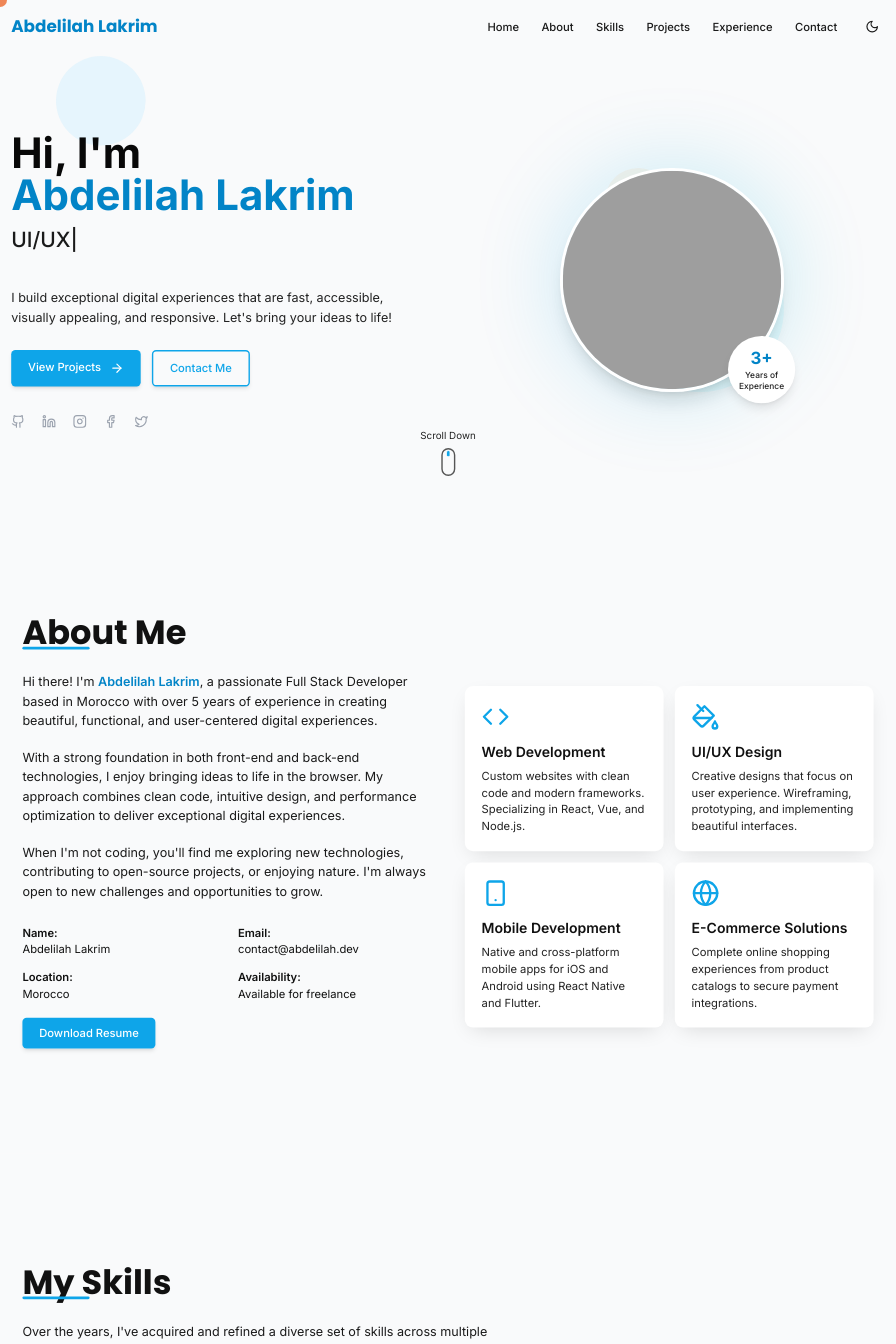
Repository: Abdelilah-Lakrim/Personal_Portfolio
Page: /
The author's editor kept a copy of each file at every save. The page is drawn from the files as they stood at one save, then again after the next save.
The browser window is 1280 px wide. The pictures show the part of the page from y = 0 to 1920 px (the page is 7905 px tall), at 70% of full size.
Pictures or frames that could not be fetched are drawn as grey boxes. The project was rebuilt for these pictures with package versions that can differ from the ones it lists, and the page was loaded fresh each time. Also part of the build but not shown: vite.config.ts.

Above is the page before, as saved 2025-05-21 12:08:13.

### index.html
<!doctype html>
<html lang="en">
  <head>
    <meta charset="UTF-8" />
    <link rel="icon" type="image/svg+xml" href="/favicon.svg" />
    <meta name="viewport" content="width=device-width, initial-scale=1.0" />
    <meta name="description" content="Abdelilah Lakrim - Full Stack Developer Portfolio">
    <title>Abdelilah Lakrim | Full Stack Developer</title>
  </head>
  <body>
    <div id="root"></div>
    <script type="module" src="/src/main.tsx"></script>
  </body>
</html>

### src/App.tsx
import React, { useEffect, useState } from 'react';
import Header from './components/Header';
import Hero from './components/Hero';
import About from './components/About';
import Projects from './components/Projects';
import Experience from './components/Experience';
import Skills from './components/Skills';
import Contact from './components/Contact';
import Footer from './components/Footer';
import Cursor from './components/Cursor';
import ScrollToTop from './components/ScrollToTop';

// Import smooth scrolling
import Lenis from '@studio-freight/lenis';

function App() {
  const [mounted, setMounted] = useState(false);

  useEffect(() => {
    // Initialize smooth scrolling
    const lenis = new Lenis({
      duration: 1.2,
      easing: (t) => Math.min(1, 1.001 - Math.pow(2, -10 * t)),
      orientation: 'vertical',
      gestureOrientation: 'vertical',
      smoothWheel: true,
      smoothTouch: false,
      touchMultiplier: 2,
    });

    function raf(time: number) {
      lenis.raf(time);
      requestAnimationFrame(raf);
    }

    requestAnimationFrame(raf);

    // Add intersection observer for animation on scroll
    const observer = new IntersectionObserver(
      (entries) => {
        entries.forEach((entry) => {
          if (entry.isIntersecting) {
            entry.target.classList.add('animate-visible');
          }
        });
      },
      { threshold: 0.1 }
    );

    const hiddenElements = document.querySelectorAll('.animate-hidden');
    hiddenElements.forEach((el) => observer.observe(el));

    setMounted(true);

    return () => {
      // Cleanup
      hiddenElements.forEach((el) => observer.unobserve(el));
    };
  }, []);

  return (
    <div className="hidden-cursor min-h-screen bg-gray-50">
      {mounted && <Cursor />}
      <Header />
      <main>
        <Hero />
        <About />
        <Skills />
        <Projects />
        <Experience />
        <Contact />
      </main>
      <Footer />
      <ScrollToTop />
    </div>
  );
}

export default App;

### src/index.css
@import url('https://fonts.googleapis.com/css2?family=Inter:wght@300;400;500;600;700&family=Poppins:wght@500;600;700&display=swap');

@tailwind base;
@tailwind components;
@tailwind utilities;

:root {
  --cursor-color: rgba(14, 165, 233, 0.7);
}

* {
  margin: 0;
  padding: 0;
  box-sizing: border-box;
  scroll-behavior: smooth;
}

body {
  @apply bg-gray-50 text-dark-800 font-sans overflow-x-hidden;
}

/* Custom cursor styles */
.custom-cursor {
  position: fixed;
  width: 20px;
  height: 20px;
  border-radius: 50%;
  background-color: var(--cursor-color);
  transform: translate(-50%, -50%);
  pointer-events: none;
  z-index: 9999;
  mix-blend-mode: difference;
  transition: transform 0.2s ease-out, opacity 0.2s ease-out, width 0.2s ease-out, height 0.2s ease-out;
}

.custom-cursor.hover {
  width: 50px;
  height: 50px;
  opacity: 0.5;
}

.hidden-cursor {
  cursor: none;
}

/* Custom scrollbar */
::-webkit-scrollbar {
  width: 8px;
}

::-webkit-scrollbar-track {
  @apply bg-gray-100;
}

::-webkit-scrollbar-thumb {
  @apply bg-primary-500 rounded-full;
}

::-webkit-scrollbar-thumb:hover {
  @apply bg-primary-600;
}

/* Section styles */
.section-container {
  @apply max-w-7xl mx-auto px-4 sm:px-6 lg:px-8 py-20;
}

.section-title {
  @apply text-3xl md:text-4xl lg:text-5xl font-bold font-heading mb-8 text-dark-800 relative;
}

.section-title::after {
  content: '';
  @apply absolute bottom-0 left-0 w-24 h-1 bg-primary-500 mt-2 rounded-full;
}

/* Button styles */
.btn-primary {
  @apply px-6 py-3 bg-primary-500 text-white font-medium rounded-md shadow-md hover:bg-primary-600 transition-all duration-300 transform hover:-translate-y-1 focus:outline-none focus:ring-2 focus:ring-primary-400 focus:ring-opacity-50;
}

.btn-secondary {
  @apply px-6 py-3 bg-transparent border-2 border-primary-500 text-primary-500 font-medium rounded-md shadow-md hover:bg-primary-50 transition-all duration-300 transform hover:-translate-y-1 focus:outline-none focus:ring-2 focus:ring-primary-400 focus:ring-opacity-50;
}

/* 3D card effect */
.tilt-card {
  @apply relative overflow-hidden rounded-xl shadow-smooth bg-white p-6 transition-all duration-300 hover:shadow-neon;
  transform-style: preserve-3d;
  transform: perspective(1000px);
}

.skill-bar {
  @apply h-2 rounded-full bg-gray-200 overflow-hidden mt-2;
}

.skill-progress {
  @apply h-full bg-primary-500 rounded-full;
  transition: width 1.5s ease-in-out;
}

/* Animation classes */
.animate-hidden {
  opacity: 0;
  transform: translateY(30px);
}

.animate-visible {
  opacity: 1;
  transform: translateY(0);
  transition: opacity 0.8s ease, transform 0.8s ease;
}

/* Project card styles */
.project-card {
  @apply relative overflow-hidden rounded-xl shadow-smooth transition-all duration-300;
  transform-style: preserve-3d;
  transform: perspective(1000px);
}

.project-card img {
  @apply transition-all duration-500;
}

.project-card:hover img {
  @apply scale-105;
}

.project-card-content {
  @apply absolute inset-0 p-6 flex flex-col justify-end bg-gradient-to-t from-dark-900/80 to-transparent text-white opacity-0 transition-all duration-300;
}

.project-card:hover .project-card-content {
  @apply opacity-100;
}

/* Timeline styles */
.timeline-container {
  @apply relative;
}

.timeline-container::before {
  content: '';
  @apply absolute left-0 md:left-1/2 h-full w-0.5 bg-primary-200 transform md:-translate-x-1/2;
}

.timeline-item {
  @apply relative pt-10 pb-10;
}

.timeline-dot {
  @apply absolute left-0 md:left-1/2 w-4 h-4 rounded-full bg-primary-500 border-4 border-white shadow-md transform md:-translate-x-1/2 z-10;
}

.timeline-content {
  @apply ml-6 md:ml-0 md:w-5/12 p-6 bg-white rounded-xl shadow-smooth transition-all duration-300 hover:shadow-neon;
}

.timeline-item:nth-child(even) .timeline-content {
  @apply md:ml-auto md:mr-0;
}

.timeline-item:nth-child(odd) .timeline-content {
  @apply md:mr-auto md:ml-0;
}

### src/components/Hero.tsx
import React, { useEffect, useRef } from 'react';
import { motion } from 'framer-motion';
import { TypeAnimation } from 'react-type-animation';
import { ArrowRight, Facebook, Github as GitHub, Instagram, Linkedin, Twitter } from 'lucide-react';
import gsap from 'gsap';

const Hero: React.FC = () => {
  const heroRef = useRef<HTMLDivElement>(null);

  // Parallax effect on mouse move
  useEffect(() => {
    const handleMouseMove = (e: MouseEvent) => {
      if (!heroRef.current) return;

      const { clientX, clientY } = e;
      const { innerWidth, innerHeight } = window;

      // Calculate how far the mouse has moved from the center as a percentage
      const moveX = (clientX - innerWidth / 2) / (innerWidth / 2);
      const moveY = (clientY - innerHeight / 2) / (innerHeight / 2);

      // Apply parallax effect to elements
      const elements = heroRef.current.querySelectorAll('.parallax');
      elements.forEach((el, index) => {
        const htmlEl = el as HTMLElement;
        const factor = index * 5 + 15;
        gsap.to(htmlEl, {
          x: moveX * factor,
          y: moveY * factor,
          duration: 1,
          ease: 'power1.out'
        });
      });
    };

    window.addEventListener('mousemove', handleMouseMove);

    return () => {
      window.removeEventListener('mousemove', handleMouseMove);
    };
  }, []);

  return (
    <section
      id="home"
      ref={heroRef}
      className="relative min-h-screen flex items-center justify-center overflow-hidden"
    >
      {/* Background elements */}
      <div className="absolute inset-0 z-0">
        <div className="parallax absolute top-20 left-20 w-32 h-32 rounded-full bg-primary-200 opacity-30"></div>
        <div className="parallax absolute bottom-40 right-40 w-60 h-60 rounded-full bg-secondary-200 opacity-20"></div>
        <div className="parallax absolute top-1/3 right-1/4 w-24 h-24 rounded-full bg-accent-200 opacity-20"></div>
      </div>

      <div className="container mx-auto px-4 z-10 pt-20">
        <div className="grid grid-cols-1 lg:grid-cols-2 gap-8 items-center">
          {/* Hero Content */}
          <motion.div
            initial={{ opacity: 0, y: 50 }}
            animate={{ opacity: 1, y: 0 }}
            transition={{ duration: 0.8, ease: "easeOut" }}
            className="text-center lg:text-left"
          >
            <h1 className="text-4xl sm:text-5xl md:text-6xl font-bold mb-4 text-dark-900 leading-tight">
              <span className="block">Hi, I'm</span>
              <span className="text-primary-600">Abdelilah Lakrim</span>
            </h1>
            <div className="text-xl sm:text-2xl md:text-3xl text-dark-700 mb-6 h-16">
              <TypeAnimation
                sequence={[
                  'Full Stack Developer',
                  2000,
                  'UI/UX Designer',
                  2000,
                  'Mobile Developer',
                  2000,
                  'Freelancer',
                  2000,
                ]}
                wrapper="div"
                speed={50}
                repeat={Infinity}
                className="font-medium"
              />
            </div>
            <p className="text-lg text-dark-600 mb-8 max-w-xl mx-auto lg:mx-0">
              I build exceptional digital experiences that are fast, accessible, visually appealing, and responsive. Let's bring your ideas to life!
            </p>

            {/* CTA Buttons */}
            <div className="flex flex-col sm:flex-row justify-center lg:justify-start space-y-4 sm:space-y-0 sm:space-x-4">
              <a href="#projects" className="btn-primary">
                View Projects <ArrowRight className="inline-block ml-2 w-5 h-5" />
              </a>
              <a href="#contact" className="btn-secondary">
                Contact Me
              </a>
            </div>

            {/* Social Media Links */}
            <div className="mt-10 flex justify-center lg:justify-start space-x-6">
              <a
                href="https://github.com/Abdelilah-Lakrim"
                target="_blank"
                rel="noopener noreferrer"
                className="text-gray-400 hover:text-primary-400 transition-colors"
              >
                <GitHub className="w-5 h-5" />
              </a>
              <a
                href="https://www.linkedin.com/in/abdelilah-lakrim/"
                target="_blank"
                rel="noopener noreferrer"
                className="text-gray-400 hover:text-primary-400 transition-colors"
              >
                <Linkedin className="w-5 h-5" />
              </a>
              <a
                href="https://www.instagram.com/abdelilahlakrim/"
                target="_blank"
                rel="noopener noreferrer"
                className="text-gray-400 hover:text-primary-400 transition-colors"
              >
                <Instagram className="w-5 h-5" />
              </a>
              <a
                href="https://www.facebook.com/abdelilah.lakrim.9/"
                target="_blank"
                rel="noopener noreferrer"
                className="text-gray-400 hover:text-primary-400 transition-colors"
              >
                <Facebook className="w-5 h-5" />
              </a>
              <a
                href="https://x.com/LakrimAbdelilah"
                target="_blank"
                rel="noopener noreferrer"
                className="text-gray-400 hover:text-primary-400 transition-colors"
              >
                <Twitter className="w-5 h-5" />
              </a>
            </div>
          </motion.div>

          {/* Hero Image */}
          <motion.div
            initial={{ opacity: 0, scale: 0.8 }}
            animate={{ opacity: 1, scale: 1 }}
            transition={{ duration: 0.8, ease: "easeOut", delay: 0.2 }}
            className="flex justify-center"
          >
            <div className="relative">
              <div className="absolute inset-0 bg-gradient-to-r from-primary-500 to-secondary-500 rounded-full blur-3xl opacity-20"></div>
              <img
                src="MYPERSONALWEBSITE/image/P"
                alt="Abdelilah Lakrim"
                className="relative z-10 w-64 h-64 sm:w-80 sm:h-80 rounded-full object-cover border-4 border-white shadow-xl"
              />
              <div className="absolute -bottom-4 -right-4 w-24 h-24 bg-white rounded-full flex items-center justify-center shadow-lg z-20">
                <div className="text-xs font-medium text-center">
                  <span className="block text-primary-600 font-bold text-2xl">3+</span>
                  <span className="text-dark-600">Years of<br/>Experience</span>
                </div>
              </div>
            </div>
          </motion.div>
        </div>
      </div>

      {/* Scroll indicator */}
      <div className="absolute bottom-10 left-1/2 transform -translate-x-1/2 flex flex-col items-center">
        <span className="text-dark-600 text-sm mb-2">Scroll Down</span>
        <div className="w-5 h-10 border-2 border-dark-400 rounded-full flex justify-center">
          <div className="w-1 h-2 bg-primary-500 rounded-full mt-1 animate-bounce"></div>
        </div>
      </div>
    </section>
  );
};

export default Hero;

### src/components/About.tsx
import React from 'react';
import { motion } from 'framer-motion';
import { Code, PaintBucket, Smartphone, Globe } from 'lucide-react';
import { Tilt } from 'react-tilt';

const tiltOptions = {
  max: 15,
  scale: 1.05,
  speed: 1000,
  glare: true,
  "max-glare": 0.1,
};

const About: React.FC = () => {
  const services = [
    {
      title: 'Web Development',
      icon: <Code className="w-10 h-10 text-primary-500" />,
      description:
        'Custom websites with clean code and modern frameworks. Specializing in React, Vue, and Node.js.',
    },
    {
      title: 'UI/UX Design',
      icon: <PaintBucket className="w-10 h-10 text-primary-500" />,
      description:
        'Creative designs that focus on user experience. Wireframing, prototyping, and implementing beautiful interfaces.',
    },
    {
      title: 'Mobile Development',
      icon: <Smartphone className="w-10 h-10 text-primary-500" />,
      description:
        'Native and cross-platform mobile apps for iOS and Android using React Native and Flutter.',
    },
    {
      title: 'E-Commerce Solutions',
      icon: <Globe className="w-10 h-10 text-primary-500" />,
      description:
        'Complete online shopping experiences from product catalogs to secure payment integrations.',
    },
  ];

  return (
    <section id="about" className="py-20">
      <div className="section-container">
        <motion.div
          initial={{ opacity: 0, y: 20 }}
          whileInView={{ opacity: 1, y: 0 }}
          viewport={{ once: true }}
          transition={{ duration: 0.8 }}
          className="animate-hidden"
        >
          <h2 className="section-title">About Me</h2>
          <div className="grid grid-cols-1 lg:grid-cols-2 gap-12 items-center">
            {/* About content */}
            <div>
              <p className="text-lg text-dark-700 mb-6">
                Hi there! I'm <span className="font-semibold text-primary-600">Abdelilah Lakrim</span>, a passionate Full Stack Developer based in Morocco with over 5 years of experience in creating beautiful, functional, and user-centered digital experiences.
              </p>
              <p className="text-lg text-dark-700 mb-6">
                With a strong foundation in both front-end and back-end technologies, I enjoy bringing ideas to life in the browser. My approach combines clean code, intuitive design, and performance optimization to deliver exceptional digital experiences.
              </p>
              <p className="text-lg text-dark-700 mb-8">
                When I'm not coding, you'll find me exploring new technologies, contributing to open-source projects, or enjoying nature. I'm always open to new challenges and opportunities to grow.
              </p>

              {/* Personal details */}
              <div className="grid grid-cols-1 md:grid-cols-2 gap-y-4 gap-x-8 mb-8">
                <div>
                  <h3 className="text-dark-800 font-semibold">Name:</h3>
                  <p>Abdelilah Lakrim</p>
                </div>
                <div>
                  <h3 className="text-dark-800 font-semibold">Email:</h3>
                  <p>contact@abdelilah.dev</p>
                </div>
                <div>
                  <h3 className="text-dark-800 font-semibold">Location:</h3>
                  <p>Morocco</p>
                </div>
                <div>
                  <h3 className="text-dark-800 font-semibold">Availability:</h3>
                  <p>Available for freelance</p>
                </div>
              </div>

              <a href="/abdelilah-lakrim-resume.pdf" className="btn-primary">
                Download Resume
              </a>
            </div>

            {/* Services */}
            <div className="grid grid-cols-1 sm:grid-cols-2 gap-4">
              {services.map((service, index) => (
                <Tilt key={index} options={tiltOptions}>
                  <div className="tilt-card h-full">
                    <div className="mb-4">{service.icon}</div>
                    <h3 className="text-xl font-semibold text-dark-800 mb-2">
                      {service.title}
                    </h3>
                    <p className="text-dark-600">{service.description}</p>
                  </div>
                </Tilt>
              ))}
            </div>
          </div>
        </motion.div>
      </div>
    </section>
  );
};

export default About;

### src/components/Cursor.tsx
import React, { useEffect, useState } from 'react';

const Cursor: React.FC = () => {
  const [position, setPosition] = useState({ x: 0, y: 0 });
  const [hidden, setHidden] = useState(false);
  const [clicked, setClicked] = useState(false);
  const [hovering, setHovering] = useState(false);

  useEffect(() => {
    const updatePosition = (e: MouseEvent) => {
      setPosition({ x: e.clientX, y: e.clientY });
    };

    const handleMouseEnter = () => setHidden(false);
    const handleMouseLeave = () => setHidden(true);
    const handleMouseDown = () => setClicked(true);
    const handleMouseUp = () => setClicked(false);

    const handleLinkHover = () => setHovering(true);
    const handleLinkLeave = () => setHovering(false);

    // Add event listeners
    window.addEventListener('mousemove', updatePosition);
    document.body.addEventListener('mouseenter', handleMouseEnter);
    document.body.addEventListener('mouseleave', handleMouseLeave);
    window.addEventListener('mousedown', handleMouseDown);
    window.addEventListener('mouseup', handleMouseUp);

    // Add hover effect for links and buttons
    const interactiveElements = document.querySelectorAll('a, button, .tilt-card, .project-card');
    interactiveElements.forEach(el => {
      el.addEventListener('mouseenter', handleLinkHover);
      el.addEventListener('mouseleave', handleLinkLeave);
    });

    return () => {
      window.removeEventListener('mousemove', updatePosition);
      document.body.removeEventListener('mouseenter', handleMouseEnter);
      document.body.removeEventListener('mouseleave', handleMouseLeave);
      window.removeEventListener('mousedown', handleMouseDown);
      window.removeEventListener('mouseup', handleMouseUp);

      interactiveElements.forEach(el => {
        el.removeEventListener('mouseenter', handleLinkHover);
        el.removeEventListener('mouseleave', handleLinkLeave);
      });
    };
  }, []);

  const cursorStyle = {
    left: `${position.x}px`,
    top: `${position.y}px`,
    transform: `translate(-50%, -50%) scale(${clicked ? 0.8 : 1})`,
    opacity: hidden ? 0 : 1,
  };

  const cursorClass = `custom-cursor ${hovering ? 'hover' : ''}`;

  return <div className={cursorClass} style={cursorStyle}></div>;
};

export default Cursor;

### src/components/ScrollToTop.tsx
import React, { useEffect, useState } from 'react';
import { ArrowUp } from 'lucide-react';

const ScrollToTop: React.FC = () => {
  const [isVisible, setIsVisible] = useState(false);

  useEffect(() => {
    const toggleVisibility = () => {
      if (window.scrollY > 500) {
        setIsVisible(true);
      } else {
        setIsVisible(false);
      }
    };

    window.addEventListener('scroll', toggleVisibility);

    return () => window.removeEventListener('scroll', toggleVisibility);
  }, []);

  const scrollToTop = () => {
    window.scrollTo({
      top: 0,
      behavior: 'smooth',
    });
  };

  return (
    <button
      onClick={scrollToTop}
      className={`fixed bottom-8 right-8 p-3 rounded-full bg-primary-500 text-white shadow-lg hover:bg-primary-600 transition-all duration-300 z-50 ${
        isVisible ? 'opacity-100 translate-y-0' : 'opacity-0 translate-y-10 pointer-events-none'
      }`}
      aria-label="Scroll to top"
    >
      <ArrowUp className="w-6 h-6" />
    </button>
  );
};

export default ScrollToTop;

Loaded but not shown: src/main.tsx (common file); tailwind.config.js (95 lines, source omitted); src/components/Projects.tsx (249 lines, source omitted); src/components/Contact.tsx (241 lines, source omitted); src/components/Experience.tsx (189 lines, source omitted); src/components/Footer.tsx (154 lines, source omitted); src/components/Skills.tsx (161 lines, source omitted); src/components/Header.tsx (145 lines, source omitted)

After the next save:
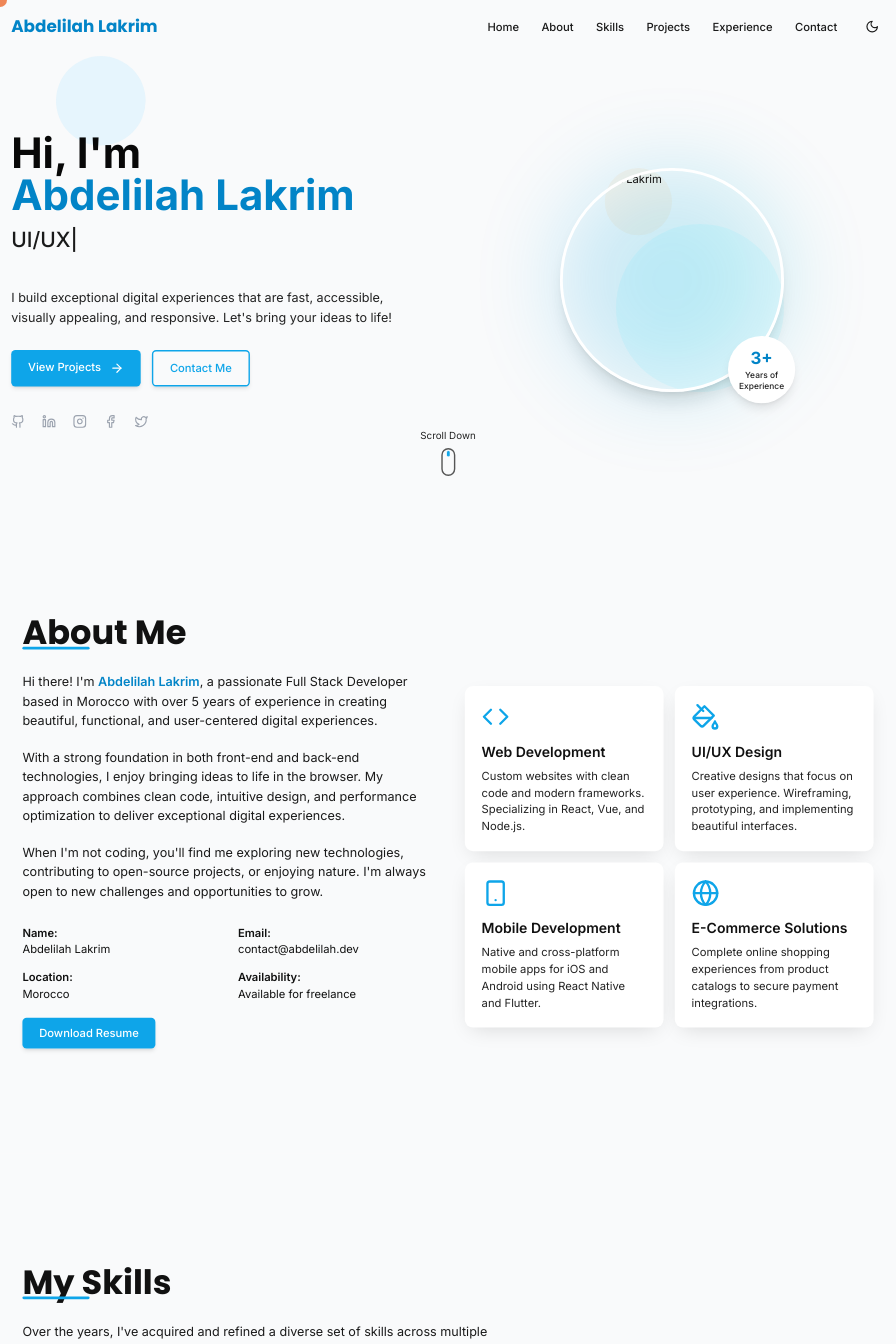
Not found: MYPERSONALWEBSITE/image/Portrait.jpg
Saved 7 s later.
--- a/src/components/Hero.tsx
+++ b/src/components/Hero.tsx
@@ -153,7 +153,7 @@ const Hero: React.FC = () => {
             <div className="relative">
               <div className="absolute inset-0 bg-gradient-to-r from-primary-500 to-secondary-500 rounded-full blur-3xl opacity-20"></div>
               <img
-                src="MYPERSONALWEBSITE/image/P"
+                src="MYPERSONALWEBSITE/image/Portrait.jpg"
                 alt="Abdelilah Lakrim"
                 className="relative z-10 w-64 h-64 sm:w-80 sm:h-80 rounded-full object-cover border-4 border-white shadow-xl"
               />
